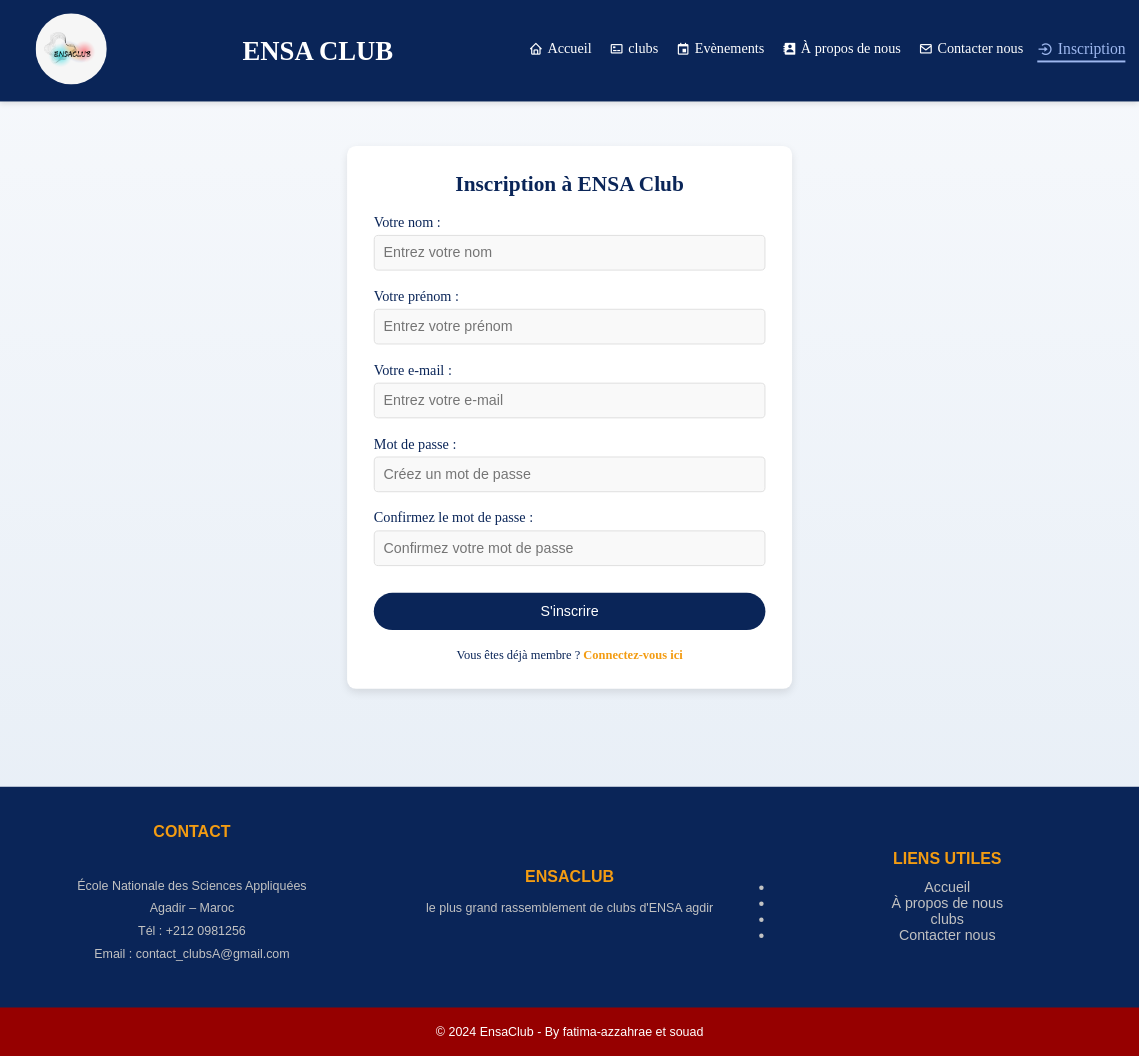
Repository: fati-smart/ENSAclub
Page: inscrip.html
These files come from the project's save history. The page is drawn as it stood at one moment and after the next save; the edit follows.
The browser window is 1280 px wide. The pictures show the whole page, at 89% of full size.

Above is the page before, as saved 2024-12-02 19:22:12.

### inscrip.html
<!DOCTYPE html>
<html>

<head>
    <meta charset="UTF-8">
    <meta name="viewport" content="width=device-width, initial-scale=1.0">
    <link href='https://unpkg.com/boxicons@2.1.4/css/boxicons.min.css' rel="stylesheet" />
    <link rel="stylesheet" href="style.css">
    <title>inscription</title>
</head>


<body>

    <header class="header">
        <div><img src="logo.png" alt="logo"></div>
        <div class="titre"><a href="index.html"><p>ENSA CLUB</p></a></div>
        <nav>

          <ul>
            <li><a href="index.html">
              <i class='bx bx-home'></i></i>Accueil</a></li>
              <li><a href="club.html">
                <i class='bx bx-credit-card-front'></i>clubs</a></li>
              <li><a href="evenement.html">
                <i class='bx bx-calendar-event' ></i>Evènements</a></li>
              <li><a href="propos.html">
                <i class='bx bxs-contact'></i>À propos de nous</a></li>
              <li><a href="Contact.html">
                <i class='bx bx-envelope'></i>Contacter nous</a></li>
              <li><a href="inscrip.html" class="active">
                <i class='bx bx-log-in-circle'></i>Inscription</a></li>
          </ul>

        </nav>
    </header>


    <section class="inscription">
      <div class="formulaire">
        <h1 class="titre-formulaire">Inscription à ENSA Club</h1>
        <form action="profil.html">
          <div class="form-group">
            <label for="nom">Votre nom :</label>
            <input type="text" name="nom" id="nom" placeholder="Entrez votre nom" required />
          </div>
          <div class="form-group">
            <label for="prenom">Votre prénom :</label>
            <input type="text" name="prenom" id="prenom" placeholder="Entrez votre prénom" required />
          </div>
          <div class="form-group">
            <label for="email">Votre e-mail :</label>
            <input type="email" name="email" id="email" placeholder="Entrez votre e-mail" required />
          </div>
          <div class="form-group">
            <label for="password">Mot de passe :</label>
            <input type="password" name="password" id="password" placeholder="Créez un mot de passe" required />
          </div>
          <div class="form-group">
            <label for="password-confirm">Confirmez le mot de passe :</label>
            <input type="password" name="password-confirm" id="password-confirm" placeholder="Confirmez votre mot de passe" required />
          </div>
          <button type="submit" class="btn-submit">S'inscrire</button>
        </form>
        <p class="lien-membre">
          Vous êtes déjà membre ? <a href="login.html">Connectez-vous ici</a>
        </p>
      </div>
    </section>



    <footer class="footer">
        <div class="footer-container">
            <div class="footer-content">
              <ul>
                <h3>CONTACT</h3><br />
                <p>École Nationale des Sciences Appliquées<br /> Agadir – Maroc<br />
                Tél : +212 0981256<br />
                Email : contact_clubsA@gmail.com<br />
              </p>
              </ul>
            </div>
            <div class="footer-section-info">
              <ul>
                <h3>EnsaClub</h3>
              <p> le plus grand rassemblement de clubs d'ENSA agdir </p>
              </ul>
            </div>
            <div class="footer-content">
                <h3>Liens utiles</h3>
                 <ul class="list">
                    <li><a href="index.html">Accueil</a></li>
                    <li><a href="propos.html">À propos de nous</a></li>
                    <li><a href="club.html">clubs</a></li>
                    <li><a href="Contact.html">Contacter nous</a></li>
                 </ul>
            </div>
        </div>
        <div class="footer-bottom">
          <p>© 2024 EnsaClub - By fatima-azzahrae et souad</p>
        </div>
    </footer>

    <script src="InscriptJS.js"></script>

</body>

</html>

### style.css
* {
  margin: 0;
  padding: 0;
  box-sizing: border-box;
}

body {
  font-family: cursive;
  background-color: #f5f6fa;
  overflow-x: hidden;
  background: linear-gradient(to bottom, #f7f9fc, #e4ecf5);
}

/*******************************************HEADER************************************************/
.header {
  background-color: #0A2558;
  color: white;
  display: flex;
  align-items: center;
  justify-content: space-between;
  padding: 15px 20px;
  box-shadow: 0 4px 6px rgba(0, 0, 0, 0.1);
}

.header img {
  margin-left: 20px;
  width: 80px;
  height: 80px;
  border-radius: 50%;
}

.header .titre a {
  text-decoration: none;
  color: white;
  font-size: 26px;
  font-weight: bold;
}

nav ul {
  list-style: none;
  display: flex;
  gap: 20px;
}

nav ul li a {
  color: white;
  text-decoration: none;
  font-size: 16px;
  display: flex;
  align-items: center;
  gap: 5px;
  transition: color 0.3s ease-in-out;
}
.header .titre p{
  font-size: 30px;
  font-weight: bold;
  color: #ffffff;
  margin: 0;
}

nav ul li a:hover {
  color: #9eb8ef;
}

nav ul li a.active {
  border-bottom: 2px solid #9eb8ef;
  padding-bottom: 3px;
  color: #9eb8ef;
  transform: scale(1.1);

}
/*************************************section CLUB***********************************************/
.club{
  margin-top: 50px;
  display: flex;
  align-items: center;
  justify-content: center;
  flex-wrap: wrap;
}

.club .carteClub{
  width: 350px;
  height: 420px;
  background-color: #e9ebed;
  border-radius: 12px;
  margin-left: 30px;
  margin-right: 30px;
  box-shadow: 0 4px 6px rgba(0, 0, 0, 0.1);
  position: relative;
}

.club .carteClub .imageClub {
  width: 100%;
  height: 45%;
  margin-left: 15px;
  margin-right: 15px;
  align-items: center;
}

.club .carteClub .imageClub img{
  width: 90%;
  height: 90%;
  margin-top: 10px;
  border-radius: 12px;
}

.club .carteClub .text{
  width: 90%;
  height: 90%;
  margin-left: 10px;
  text-align: center;
}

.club .carteClub .text p{
  text-align: left;
}

.club .carteClub .text strong{
  font-size: 25px;
  font-family: 'Franklin Gothic Medium', 'Arial Narrow', Arial, sans-serif;
  color: #0A2558;
}

.club .carteClub .text .jointure{
  color: #143c85d7;
}

.carteClub button {
  position: absolute;
  bottom: 10px;
  right: 15px;
  padding: 10px 20px;
  background-color: #ff1100;
  color: #fff;
  border: none;
  border-radius: 5px;
  cursor: pointer;
  width: 90px;
}

.carteClub button:hover {
  background-color: #d91103e0;
  transform: scale(1.1);

}

/****************************************section EVENMENT****************************************/
.event {
  display: flex;
  flex-wrap: wrap;
  justify-content: center;
  padding: 20px;
  margin-top: 30px;
  align-items: center;
  border-radius: 12px;
  gap:  40px 15px;
  max-width: 1400px;

}

.carteEvent {
  width: 340px;
  display: flex;
  flex-direction: column;
  height: 200px;
  background: #fff;
  border-radius: 10px;
  box-shadow: 0 4px 8px rgba(0, 0, 0, 0.1);
  overflow: hidden;
  transition: height 0.3s ease, box-shadow 0.3s ease;
  padding: 10px;
  position: relative;
  text-align: center;
  margin-left: 20px;
  margin-right: 20px;
  margin-top: 20px;
  margin-bottom: 20px;

}

.carteEvent:hover {
  box-shadow: 0 6px 12px rgba(0, 0, 0, 0.15);
}

.carteEvent .titreC {
  margin-bottom: 7px;
  margin-top: 7px;
}

.carteEvent .titreC strong{
  font-size: 19.2px;
  font-weight: bold;
  color: #007bff;
}

.carteEvent .titre {
  margin-bottom: 7px;
}

.carteEvent strong{
  color: #ff1100;
}

.carteEvent .dets {
  text-align: left;
}

.carteEvent .dets strong{
  color: #000000;
}

.carteEvent .dets a{
  text-decoration: none;
  color:#09b32d ;
}

.carteEvent .dets a:hover{
  color:#00ff37 ;
  font-size: 16px;
}
/****************************************INSCRIPTION**********************************************/
.inscription {
  padding: 50px 20px;
  display: flex;
  justify-content: center;
  align-items: center;
}

.formulaire {
  background: #ffffff;
  border-radius: 10px;
  box-shadow: 0px 4px 10px rgba(0, 0, 0, 0.1);
  padding: 30px;
  max-width: 500px;
  width: 100%;
  animation: fadeIn 1s ease-in-out;
}

.titre-formulaire {
  font-size: 24px;
  font-weight: bold;
  text-align: center;
  color: #0A2558;
  margin-bottom: 20px;
}

.form-group {
  margin-bottom: 20px;
}

.form-group label {
  font-size: 16px;
  color: #0A2558;
  display: block;
  margin-bottom: 5px;
}

.form-group input {
  width: 100%;
  padding: 10px;
  font-size: 16px;
  border: 1px solid #ddd;
  border-radius: 5px;
  outline: none;
  transition: border-color 0.3s;
}

.form-group input:focus {
  border-color: #f39c12;
}

.btn-submit {
  background-color: #0A2558;
  color: #ffffff;
  padding: 12px 20px;
  font-size: 16px;
  border: none;
  border-radius: 25px;
  cursor: pointer;
  width: 100%;
  margin-top: 10px;
  transition: background-color 0.3s, transform 0.3s;
}

.btn-submit:hover {
  background-color: #072042;
  transform: translateY(-3px);
}

.lien-membre {
  text-align: center;
  margin-top: 20px;
  font-size: 14px;
  color: #0A2558;
}

.lien-membre a {
  color: #f39c12;
  text-decoration: none;
  font-weight: bold;
}

.lien-membre a:hover {
  text-decoration: underline;
}

@keyframes fadeIn {
  from {
    opacity: 0;
    transform: translateY(20px);
  }
  to {
    opacity: 1;
    transform: translateY(0);
  }
}

@media (max-width: 768px) {
  .formulaire {
    padding: 20px;
  }

  .btn-submit {
    font-size: 14px;
  }
}


/**********************************************login***********************************************/
.connexion {
  padding: 50px 20px;
  display: flex;
  justify-content: center;
  align-items: center;
}

.logFormulaire {
  background: #ffffff;
  border-radius: 10px;
  box-shadow: 0px 4px 10px rgba(0, 0, 0, 0.1);
  padding: 30px;
  max-width: 400px;
  width: 100%;
  animation: fadeIn 1s ease-in-out;
}

.titre-logFormulaire {
  font-size: 24px;
  font-weight: bold;
  text-align: center;
  color: #0A2558;
  margin-bottom: 20px;
}

.form-group {
  margin-bottom: 20px;
}

.form-group label {
  font-size: 16px;
  color: #0A2558;
  display: block;
  margin-bottom: 5px;
}

.form-group input {
  width: 100%;
  padding: 10px;
  font-size: 16px;
  border: 1px solid #ddd;
  border-radius: 5px;
  outline: none;
  transition: border-color 0.3s;
}

.form-group input:focus {
  border-color: #f39c12;
}

.btn-submit {
  background-color: #0A2558;
  color: #ffffff;
  padding: 12px 20px;
  font-size: 16px;
  border: none;
  border-radius: 25px;
  cursor: pointer;
  width: 100%;
  margin-top: 10px;
  transition: background-color 0.3s, transform 0.3s;
}

.btn-submit:hover {
  background-color: #072042;
  transform: translateY(-3px);
}

.lien-nouveau {
  text-align: center;
  margin-top: 20px;
  font-size: 14px;
  color: #0A2558;
}

.lien-nouveau a {
  color: #f39c12;
  text-decoration: none;
  font-weight: bold;
}

.lien-nouveau a:hover {
  text-decoration: underline;
}

@keyframes fadeIn {
  from {
    opacity: 0;
    transform: translateY(20px);
  }
  to {
    opacity: 1;
    transform: translateY(0);
  }
}

@media (max-width: 768px) {
  .logFormulaire {
    padding: 20px;
  }

  .btn-submit {
    font-size: 14px;
  }
}

/*********************************************PROFIL**********************************************/
.profil {
  max-width: 800px;
  margin: 50px auto;
  padding: 20px;
  background: #fff;
  box-shadow: 0 4px 8px rgba(0, 0, 0, 0.276);
  border-radius: 10px;
}

.section-title {
  font-size: 28px;
  color: #2c3e50;
  text-align: center;
  margin-bottom: 20px;
}

.form-title {
  font-size: 20px;
  color: #34495e;
  margin-bottom: 15px;
}

.form-subtitle {
  font-size: 18px;
  color: #7f8c8d;
  margin-bottom: 10px;
}

.profile-section {
  display: flex;
  align-items: center;
  gap: 20px;
  margin-bottom: 30px;
  border-bottom: 1px solid #ddd;
  padding-bottom: 20px;
}

.profile-picture img {
  width: 120px;
  height: 120px;
  border-radius: 50%;
  object-fit: cover;
  border: 3px solid #db343442;
}

.profile-info .profile-name {
  font-size: 18px;
  font-weight: bold;
  color: #34495e;
}

.profile-info .profile-email {
  font-size: 14px;
  color: #555;
}

.forms-profil {
  display: flex;
  flex-wrap: wrap;
  gap: 30px;
}

.account-info,
.security-settings {
  flex: 1;
  min-width: 300px;
}

.form-group {
  margin-bottom: 15px;
}

.form-group label {
  display: block;
  font-size: 14px;
  color: #555;
  margin-bottom: 5px;
}

.form-group input {
  width: 100%;
  padding: 10px;
  border: 1px solid #ddd;
  border-radius: 5px;
  font-size: 14px;
  background-color: #f9f9f9;
}

.form-group input:focus {
  outline: none;
  border-color: #3498db;
  box-shadow: 0 0 5px rgba(52, 152, 219, 0.5);
}

.save-button {
  background-color: #3498db;
  color: #fff;
  padding: 10px 20px;
  border: none;
  border-radius: 5px;
  cursor: pointer;
  font-size: 14px;
  display: inline-block;
}

.save-button:hover {
  background-color: #2980b9;
}

.clubs-section .club-name {
  font-size: 16px;
  color: #2c3e50;
  margin-left: 10px;
}

.clubs-table {
  width: 100%;
  border-collapse: collapse;
  margin-top: 20px;
}

th, td {
  border: 1px solid #ddd;
  padding: 8px;
  text-align: center;
}

th {
  background-color: #f4f4f4;
  font-weight: bold;
}

.delete-btn {
  background-color: #e74c3c;
  color: white;
  border: none;
  padding: 5px 10px;
  cursor: pointer;
  border-radius: 3px;
}

.delete-btn:hover {
  background-color: #c0392b;
}
i.bx.bx-chevrons-left {
  margin-top: 20px;
  margin-left: 20px;
  font-size: 80px;
  color: #0742b1;
  transition: color 0.3s, transform 0.3s;
}

i.bx.bx-chevrons-left:hover {
  color: #2980b9;
  transform: translateX(-5px);
}



/********************************a propos de nous************************************************/
.propos {
  padding: 50px 20px;
  color: #0A2558;
}

.propos-container {
  max-width: 800px;
  margin: 0 auto;
  text-align: center;
  animation: fadeIn 1s ease-in-out;
}

.propos-title {
  font-size: 36px;
  font-weight: bold;
  margin-bottom: 20px;
  color: #0A2558;
}

.propos-title span {
  color: #f39c12;
}

.propos-intro, .propos-objective, .propos-message, .propos-mission, .propos-footer {
  font-size: 18px;
  line-height: 1.6;
  margin-bottom: 20px;
}

.propos-list {
  list-style: none;
  padding: 0;
  margin: 20px 0;
  display: flex;
  justify-content: space-around;
  flex-wrap: wrap;
  gap: 10px;
}

.propos-list li {
  background: #f39c12;
  color: white;
  padding: 10px 20px;
  border-radius: 20px;
  font-size: 16px;
}

.propos-call-to-action {
  font-size: 18px;
  margin: 30px 0;
}

.propos-link {
  color: #f39c12;
  font-weight: bold;
  text-decoration: none;
}

.propos-link:hover {
  text-decoration: underline;
}

@keyframes fadeIn {
  from {
    opacity: 0;
    transform: translateY(20px);
  }
  to {
    opacity: 1;
    transform: translateY(0);
  }
}

/********************************************FOOTER*************************************************/
.footer {
  background-color: #0A2558;
  margin-top: 60px;
  color: #ecf0f1;
  font-family: Arial, sans-serif;
  text-align: center;
  padding: 0; /* Supprime les espaces autour */
}

.footer-container {
  display: flex;
  justify-content: space-around;
  align-items: center; /* Centre verticalement les contenus */
  flex-wrap: wrap;
  padding: 40px 20px; /* Augmente l'espacement interne */
  gap: 33px; /* Ajoute de l'espace entre les sections */
}

.footer-content,
.footer-section-info {
  flex: 1; /* S'adapte à l'espace disponible */
  min-width: 300px;
  text-align: center; /* Centre horizontalement le texte */
  color: #c2c2c2;
}

.footer h3 {
  font-size: 18px;
  font-weight: bold;
  text-transform: uppercase;
  margin-bottom: 12px; /* Augmente l'espace sous le titre */
  color: #f39c12;
}

.footer p {
  font-size: 14px;
  line-height: 1.8; /* Augmente l'espacement entre les lignes */
  margin: 8px 0;
}

.footer a {
  color: #c2c2c2;
  text-decoration: none;
}

.footer a:hover {
  text-decoration: underline;
}

.footer-bottom {
  background-color: #960000;
  color: white;
  padding: 15px; /* Augmente l'espacement interne du footer-bottom */
  font-size: 12px;

  margin-top: 0; /* Supprime les marges entre le container et le footer-bottom */
}

.footer-bottom p {
  margin: 0; /* Supprime les marges supplémentaires */
  text-align: center;
}


/*****************************************CONTACT***************************************************/
.contact {
  padding: 40px 20px;
  text-align: center;
}

.contact-fieldset {
  border: 2px solid #0A2558;
  border-radius: 10px;
  padding: 30px;
  max-width: 600px;
  margin: 0 auto;
  box-shadow: 0px 4px 10px rgba(0, 0, 0, 0.1);
  background: #ffffff;
}

.contact-legend {
  font-size: 24px;
  font-weight: bold;
  color: #0A2558;
  padding: 0 10px;
  background: #f39c12;
  color: #ffffff;
  border-radius: 5px;
}

.form-group {
  margin-bottom: 20px;
  text-align: left;
}

.form-group label {
  font-size: 16px;
  color: #0A2558;
  display: block;
  margin-bottom: 5px;
}

.form-group input,
.form-group textarea {
  width: 100%;
  padding: 10px;
  font-size: 16px;
  border: 1px solid #ddd;
  border-radius: 5px;
  outline: none;
  transition: border-color 0.3s;
}

.form-group input:focus,
.form-group textarea:focus {
  border-color: #f39c12;
}

.btn-submit {
  background-color: #0A2558;
  color: #ffffff;
  padding: 12px 25px;
  font-size: 16px;
  border: none;
  border-radius: 25px;
  cursor: pointer;
  transition: background-color 0.3s, transform 0.3s;
}

.btn-submit:hover {
  background-color: #072042;
  transform: translateY(-3px);
}

@media (max-width: 768px) {
  .contact-fieldset {
    padding: 20px;
  }

  .btn-submit {
    width: 100%;
  }
}

### InscriptJS.js
document.addEventListener("DOMContentLoaded", function () {
    const form = document.querySelector(".inscription form");
    const nomInput = document.getElementById("nom");
    const prenomInput = document.getElementById("prenom");
    const emailInput = document.getElementById("email");
    const passwordInput = document.getElementById("password");
    const passwordConfirmInput = document.getElementById("password-confirm");

    form.addEventListener("submit", function (event) {
        event.preventDefault();
        let errors = [];

        if (nomInput.value.trim() === "") {
            errors.push("Le champ 'Nom' est obligatoire.");
        }

        if (prenomInput.value.trim() === "") {
            errors.push("Le champ 'Prénom' est obligatoire.");
        }

        const emailRegex = /^[^\s@]+@[^\s@]+\.[^\s@]+$/;
        if (!emailRegex.test(emailInput.value.trim())) {
            errors.push("L'adresse e-mail n'est pas valide.");
        }

        if (passwordInput.value.trim() === "") {
            errors.push("Le champ 'Mot de passe' est obligatoire.");
        }

        if (passwordInput.value.trim() !== passwordConfirmInput.value.trim()) {
            errors.push("Les mots de passe ne correspondent pas.");
        }

        if (errors.length > 0) {
            alert(errors.join("\n"));
        } else {
            alert("Formulaire soumis avec succès !");
            form.submit();
        }
    });
});

After the next save:
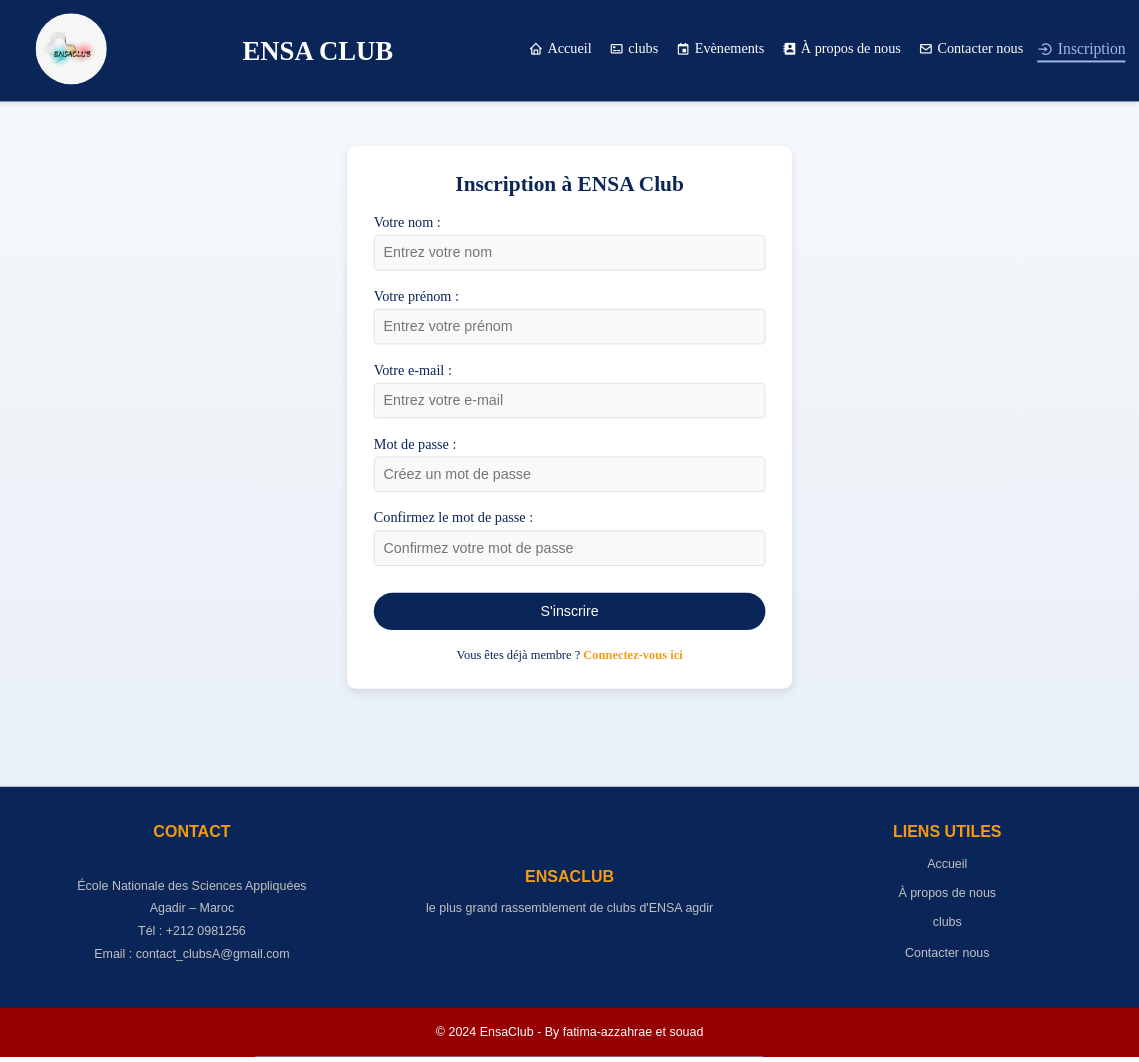
Saved 13 s later.
--- a/inscrip.html
+++ b/inscrip.html
@@ -88,14 +88,14 @@
               </ul>
             </div>
             <div class="footer-content">
-                <h3>Liens utiles</h3>
-                 <ul class="list">
-                    <li><a href="index.html">Accueil</a></li>
-                    <li><a href="propos.html">À propos de nous</a></li>
-                    <li><a href="club.html">clubs</a></li>
-                    <li><a href="Contact.html">Contacter nous</a></li>
-                 </ul>
-            </div>
+              <h3>Liens utiles</h3>
+
+                  <p><a href="index.html">Accueil</a></p>
+                  <p><a href="propos.html">À propos de nous</a>
+                  <p><a href="club.html">clubs</a></p>
+                  <p><a href="Contact.html">Contacter nous</a></p>
+
+          </div>
         </div>
         <div class="footer-bottom">
           <p>© 2024 EnsaClub - By fatima-azzahrae et souad</p>
